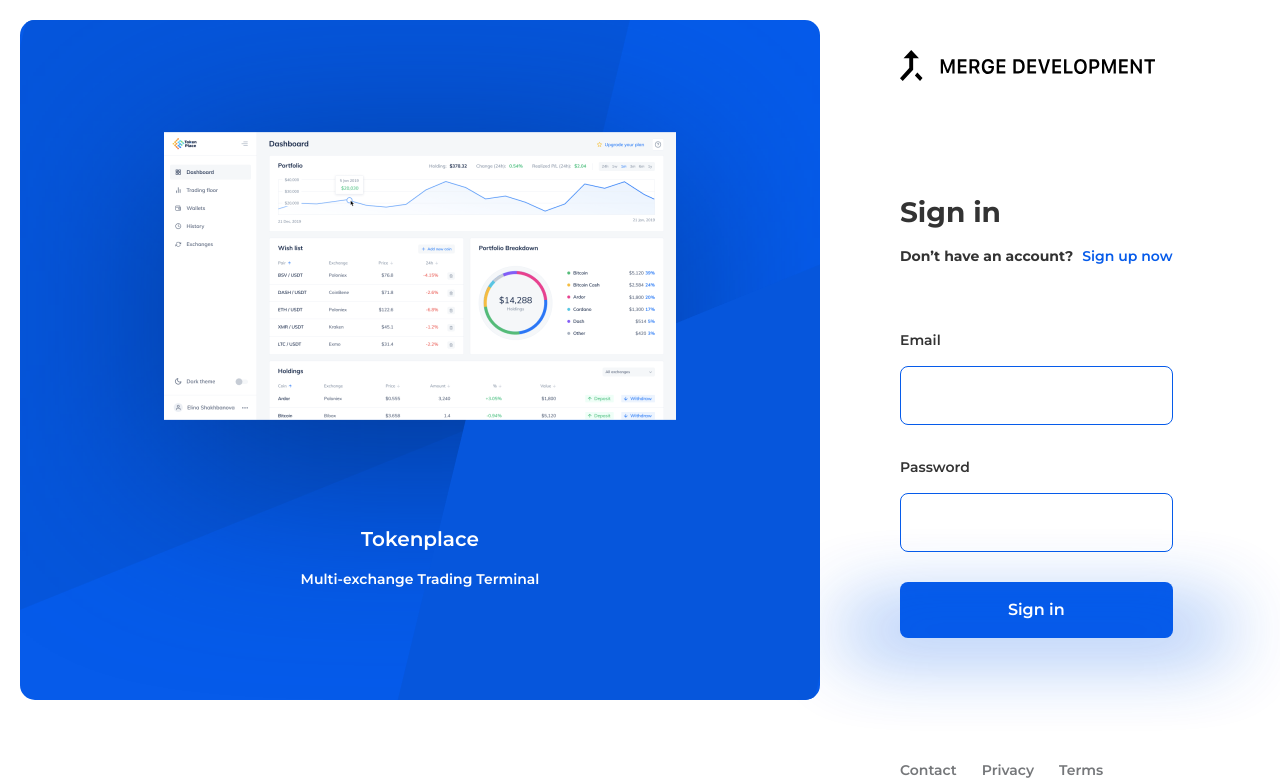
Repository: 13RedFox/form-project
Page: /
An editor plug-in stored every save of this project. The page is shown before and after the next save, followed by the edit.
The browser window is 1280 px wide. The pictures show the whole page.
The project was rebuilt for these pictures with package versions that can differ from the ones it lists, and the page was loaded fresh each time.

Above is the page before, as saved 2021-08-04 18:58:07.

After the next save:
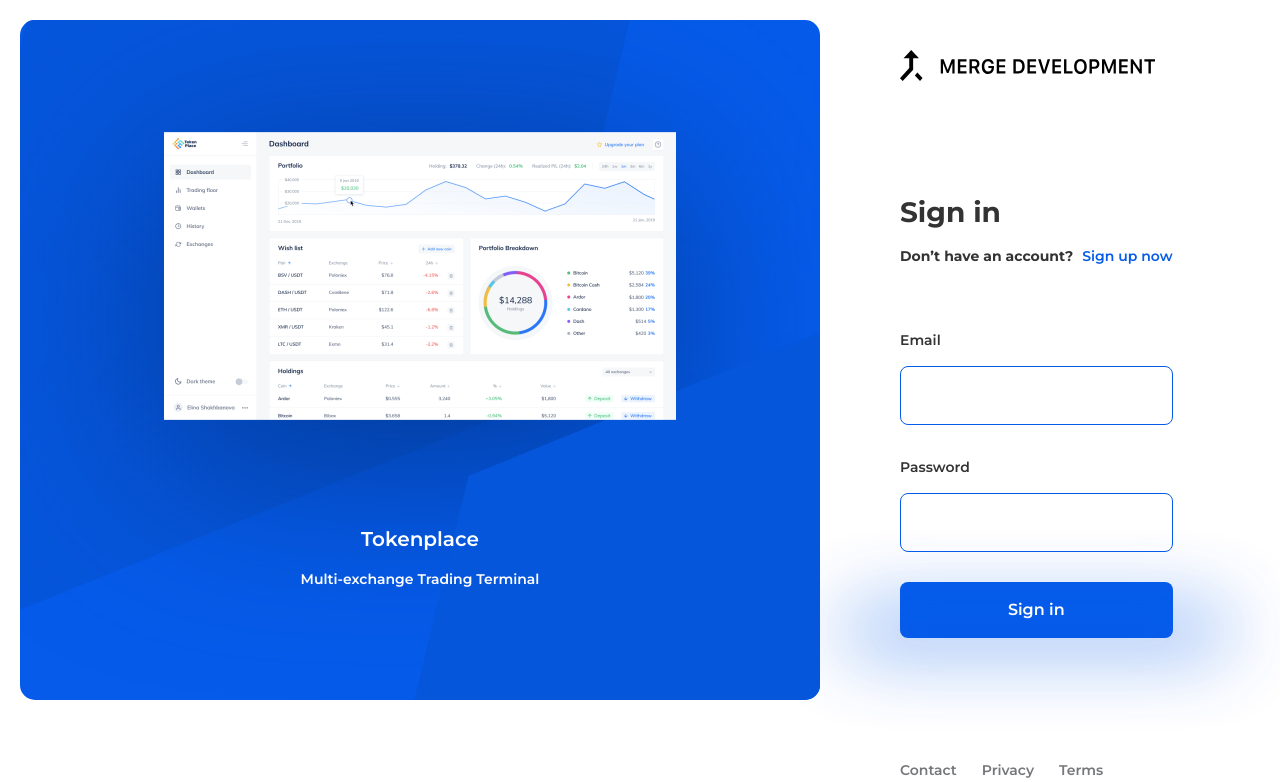
Saved 29 s later.
--- a/src/components/Slider/Slider.module.scss
+++ b/src/components/Slider/Slider.module.scss
@@ -53,7 +53,7 @@
 
 .bottomImage {
   position: absolute;
-  bottom: -50%;
+  bottom: -60%;
   left: 20%;
   z-index: -1;
 }
